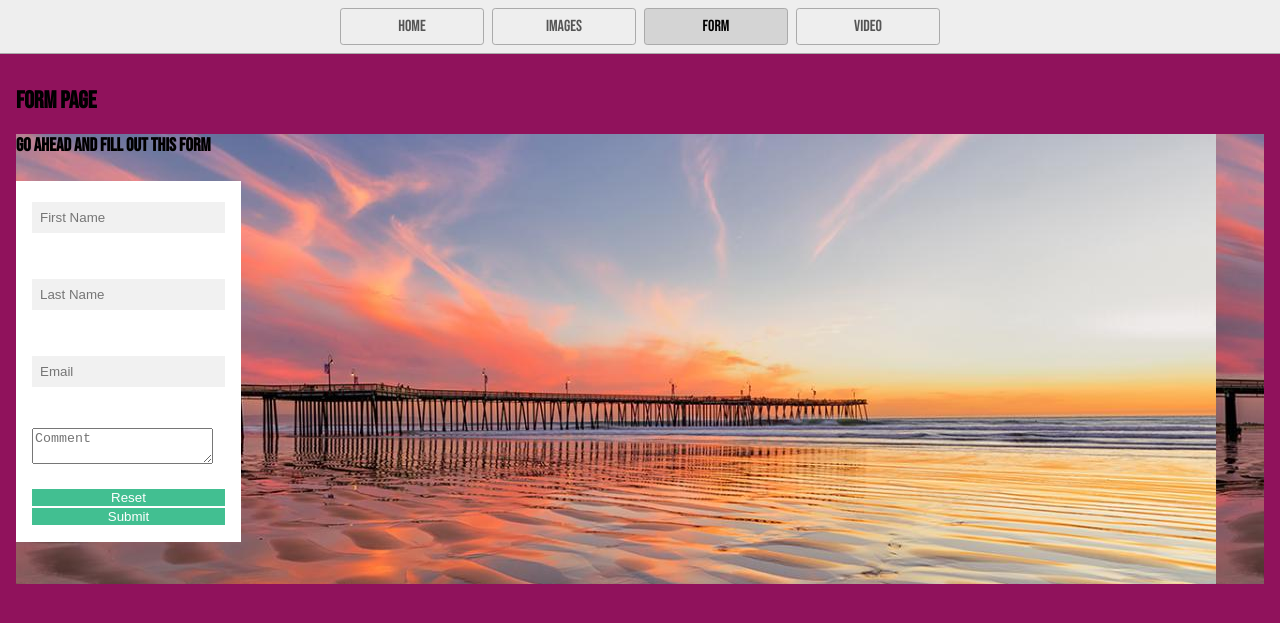
Repository: sebas6292/palmTree-Final
Page: Form.html
An editor plug-in stored every save of this project. The page is shown before and after the next save, followed by the edit.
The browser window is 1280 px wide. The pictures show the whole page.

Above is the page before, as saved 2023-05-28 12:37:55.

### Form.html
<!DOCTYPE html>
<html lang="en">
  <head>
    <title>Home</title>
    <meta charset="UTF-8" />
    <meta name="viewport" content="width=device-width" />

    <link rel="preconnect" href="https://fonts.googleapis.com">
    <link rel="preconnect" href="https://fonts.gstatic.com" crossorigin>
    <link href="https://fonts.googleapis.com/css2?family=Bebas+Neue&display=swap" rel="stylesheet">
    <link rel="stylesheet" href="styles.css" />

  </head>
  <body>
    <nav>
      <a href="/Home.html">Home</a>
      <a href="/Images.html">Images</a>
      <a href="/Form.html" aria-current="page">Form</a>
      <a href="/Video.html">Video</a>
    </nav>
    <main>
      <h1>Form page</h1>
      <div class="bg-img">
      <h3>Go ahead and fill out this form</h3>
      <form action="/Home.html" target="_blank" class="form-container">

        <input type="text" id="fname" name="fname" placeholder="First Name"><br>
        <br>
        <input type="text" id="lname" name="lname" placeholder="Last Name" ><br>
        <br>
        <input type="text" id="email" name="email" placeholder="Email"><br>
        <br>

        <textarea id="comment" placeholder='Comment' name="comment" ></textarea>
        <br>
        <br>
        <input class="btn" type="reset" value="Reset">
        <input class="btn" type="submit" value="Submit">
      </form>
    </div>
    </main>
  </body>
</html>

### styles.css
* {
    box-sizing: border-box;
  }

  body {
    margin: 0;
    font-family: 'Bebas Neue', sans-serif;
    color: black;
    background-color: white;
  }
  @keyframes body {
    0%   {background-color: white;}
    25%  {background-color: brown}
    50%  {background-color: purple;}
    100% {background-color: black;}
  }
  body {
    background-color: white;
    animation-name: body;
    animation-duration: 15s;
  }

  nav {
    display: flex;
    flex-wrap: wrap;
    align-items: center;
    justify-content: center;
    padding: 0.5rem;
    gap: 0.5rem;
    border-bottom: solid 1px #aaa;
    background-color: #eee;
  }

  nav a {
    display: inline-block;
    min-width: 9rem;
    padding: 0.5rem;
    border-radius: 0.2rem;
    border: solid 1px #aaa;
    text-align: center;
    text-decoration: none;
    color: #555;
  }

  nav a[aria-current='page'] {
    color: #000;
    background-color: #d4d4d4;
  }

  main {
    padding: 1rem;
  }

  h1 {
    font-weight: bold;
    font-size: 1.5rem;
  }

  .bg-img {
    background-image: url('/Assets/pier2.jpeg');
    height: 450px;
  }

  .form-container {
    position: absolute;
    margin: 5px 0 0 0;
    max-width: 300px;
    padding: 16px;
    background-color: white;
  }
  input[type=text], input[type=password], input[id=comment] {
    width: 100%;
    padding: 8px;
    margin: 5px 0 22px 0;
    border: none;
    background: #f1f1f1;
  }
  .btn {
    background-color: #04AA6D;
    color: white;
    /* padding: 8px 10px; */
    border: none;
    cursor: pointer;
    width: 100%;
    opacity: 0.75;
  }

  .btn:hover {
    opacity: 1;
  }
  /* .btn:hover {
    background-color: whitesmoke;
    color: red
  }

  img:hover {
    width: 300px;
  }
   */

After the next save:
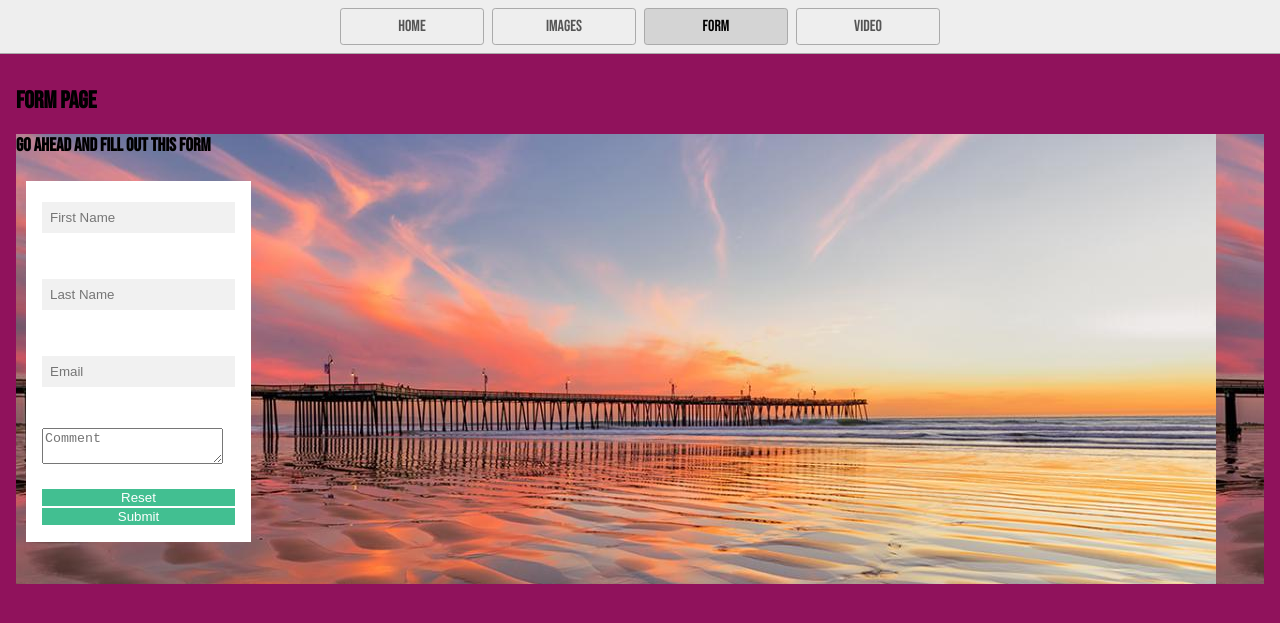
Saved 15 s later.
--- a/styles.css
+++ b/styles.css
@@ -63,7 +63,7 @@
 
   .form-container {
     position: absolute;
-    margin: 5px 0 0 0;
+    margin: 5px 0 0 10px;
     max-width: 300px;
     padding: 16px;
     background-color: white;
